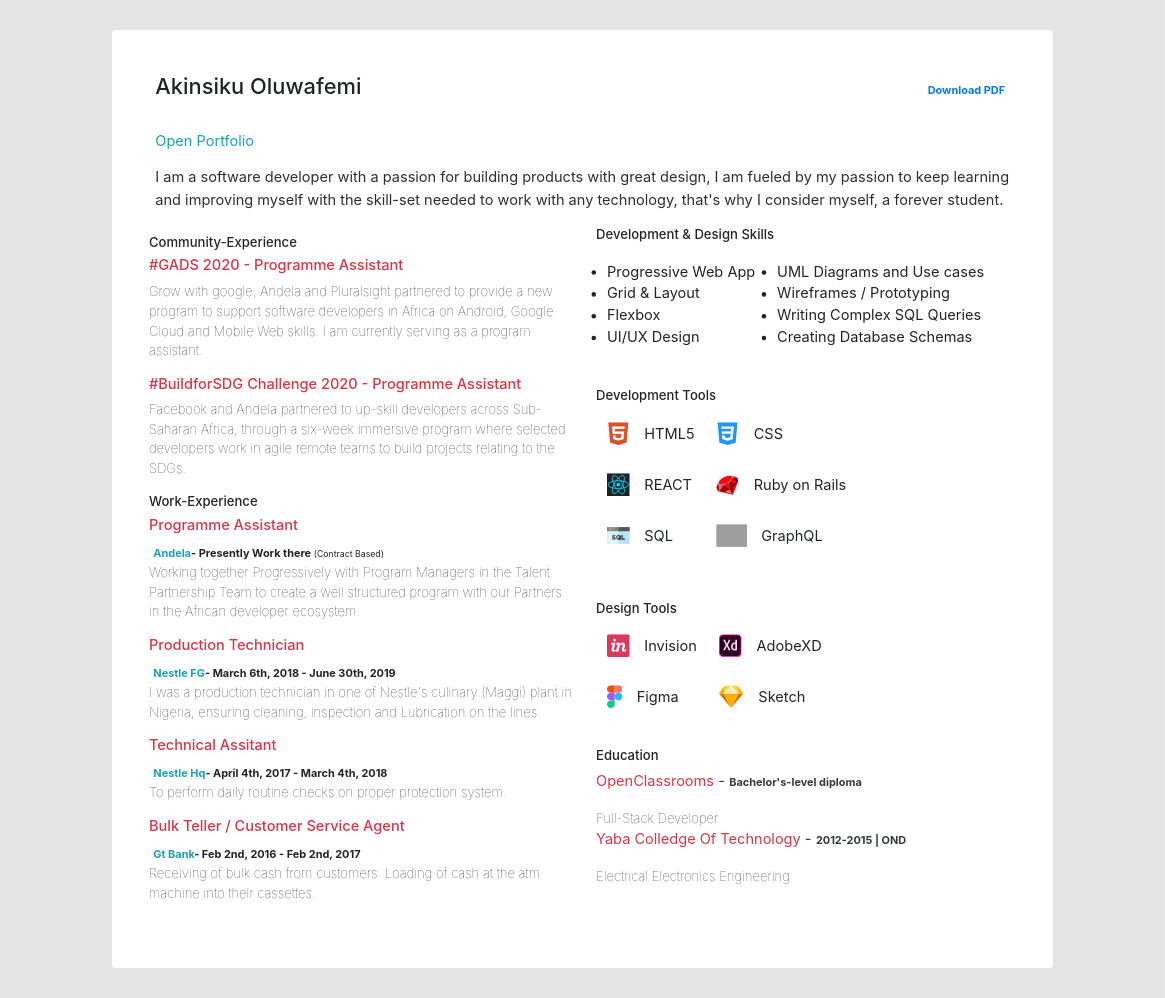
Repository: akinsikuoluwafemi/resume
Page: index.html
The author's editor kept a copy of each file at every save. The page is drawn from the files as they stood at one save, then again after the next save.
The browser window is 1280 px wide. The pictures show the whole page, at 91% of full size.
Pictures or frames that could not be fetched are drawn as grey boxes. The style sheet was rebuilt from its Sass, Less or Tailwind sources for each picture, by a compiler version that may differ from the author's.

Above is the page before, as saved 2020-08-26 19:50:30.

### index.html
<!DOCTYPE html>
<html lang="en">

<head>
    <meta charset="UTF-8">
    <meta name="viewport" content="width=device-width, initial-scale=1.0">
    <meta http-equiv="X-UA-Compatible" content="ie=edge">
    <link rel="shortcut icon" type="image/png" href="./images/new-photo.png">

    <link rel="stylesheet" href="https://stackpath.bootstrapcdn.com/bootstrap/4.3.1/css/bootstrap.min.css" integrity="sha384-ggOyR0iXCbMQv3Xipma34MD+dH/1fQ784/j6cY/iJTQUOhcWr7x9JvoRxT2MZw1T"
        crossorigin="anonymous" />
    <link rel="stylesheet" href="./resume.css">

    <title>Akinsiku Oluwafemi - Software Developer</title>
</head>

<body>

   <div class="col-sm-12 col-lg-10 m-auto">
       <!--  -->
        <div class="p-c container border px-3 py-4 px-lg-5 py-lg-5 ">
            <header class="row">
                <div class="col d-flex align-items-center">
                    <h4 class="header__name mr-auto">Akinsiku Oluwafemi</h4>
                    <a href="./images/Femi_Akinsiku_resume.pdf" download="Femi_Akinsiku_resume.pdf" class="badge">Download PDF</a>
                </div>
            </header>
            <div class="row mt-4">
                <a href="https://femiakin.com/" target="_blank" class="col text-info">Open Portfolio</a>
            </div>

            <div class="row mt-3">
                <div class="col">
                    <p class="intro">I am a software developer with a passion for building products with great design, I am
                        fueled by my passion to keep learning and improving myself with the skill-set needed to work with
                        any
                        technology,
                        that's why I consider myself, a forever student.</p>
                </div>
            </div>


            <div class="row">

                <div class="col col-lg-6 p-2  ">
                    <div>
                        <h5 class="item__header">Community-Experience</h5>

                        <h6 class="item__job text-danger">#GADS 2020 - Programme Assistant </h6>
                        <p class="item__description">Grow with google, Andela and Pluralsight partnered to provide a new
                            program to support
                            software developers in Africa on Android, Google Cloud and Mobile Web skills. I am currently
                            serving as a
                            program assistant.</p>

                    </div>

                    <div>



                        <h6 class="item__job text-danger">#BuildforSDG Challenge 2020 - Programme Assistant </h6>


                        <p class="item__description">Facebook and Andela partnered to up-skill developers across
                            Sub-Saharan
                            Africa,
                            through a six-week immersive program where selected developers work in agile remote
                            teams to build projects relating to the SDGs.
                        </p>

                    </div>




                    <!-- here -->
                    <div>
                        <h5 class="item__header">Work-Experience</h5>
                        <h6 class="item__job text-danger">Programme Assistant</h6>
                        <span class="badge"><span class="text-info">Andela</span>- Presently Work there <small>(Contract Based)</small></span>
                        <p class="item__description">Working together Progressively with Program Managers in the Talent Partnership Team to create a well structured program with our Partners in the
                        African developer ecosystem.</p>

                    </div>
                    <div>
                        <h6 class="item__job text-danger">Production Technician</h6>
                        <span class="badge"><span class="text-info">Nestle FG</span>- March 6th, 2018 - June 30th, 2019 </span>
                        <p class="item__description">I was a production technician in one of Nestle's culinary (Maggi)
                            plant in
                            Nigeria,
                            ensuring cleaning, inspection and Lubrication on the lines.</p>

                    </div>
                    <div>
                        <h6 class="item__job text-danger">Technical Assitant</h6>
                        <span class="badge"><span class="text-info">Nestle Hq</span>- April 4th, 2017 - March 4th, 2018</span>
                        <p class="item__description">To perform daily routine checks on proper protection system.
                        </p>

                    </div>
                    <div>
                        <h6 class="item__job text-danger">Bulk Teller / Customer Service Agent</h6>
                        <span class="badge"><span class="text-info">Gt Bank</span>- Feb 2nd, 2016 - Feb 2nd, 2017 </span>
                        <p class="item__description">Receiving of bulk cash from customers.
                            Loading of cash at the atm machine into their cassettes.
                            </p>

                    </div>
                    <!-- here2 -->


                </div>
                <div class="col col-lg-6 ">

                    <div>
                        <h5 class="item__header ">Development & Design Skills</h5>
                        <div class="d-flex ">
                            <ul class="list__item">
                                <li>Progressive Web App</li>
                                <li>Grid & Layout</li>
                                <li>Flexbox</li>
                                <li>UI/UX Design</li>


                            </ul>
                            <ul class="list__item">
                                <li>UML Diagrams and Use cases</li>
                                <li>Wireframes / Prototyping</li>
                                <li>Writing Complex SQL Queries</li>
                                <li>Creating Database Schemas</li>



                            </ul>
                        </div>


                    </div>

                    <div class="item__container">
                        <h5 class="item__header">Development Tools</h5>
                        <div class="d-flex ">
                            <ul class="list__item">
                                <div class="d-flex  mb-3">
                                    <img src="./images/html5.svg" />
                                    <p class="ml-3">HTML5</p>
                                </div>
                                <div class="d-flex  mb-3">
                                    <img src="./images/react-1.svg" />
                                    <p class="ml-3">REACT</p>
                                </div>
                                <div class="d-flex ">
                                    <img src="./images/sql.svg" />
                                    <p class="ml-3">SQL</p>
                                </div>

                            </ul>
                            <ul class="list__item ">
                                <div class="d-flex  mb-3">
                                    <img src="./images/css-3.svg" />
                                    <p class="ml-3">CSS</p>
                                </div>
                                <div class="d-flex  mb-3">
                                    <img src="./images/ruby.svg" />
                                    <p class="ml-3">Ruby on Rails</p>
                                </div>
                                <div class="d-flex ">
                                    <img src="./images/graphql-icon.svg" />
                                    <p class="ml-3">GraphQL</p>
                                </div>


                            </ul>
                        </div>


                    </div>

                    <!-- here -->

                    <div class="item__contain">
                        <h5 class="item__header">Design Tools</h5>
                        <div class="d-flex ">
                            <ul class="list__item">
                                <div class="d-flex mb-3">
                                    <img src="./images/invision.svg" />
                                    <p class="ml-3">Invision</p>
                                </div>
                                <div class="d-flex ">
                                    <img src="./images/figma-1.svg" />
                                    <p class="ml-3">Figma</p>
                                </div>

                            </ul>
                            <ul class="list__item ">
                                <div class="d-flex  mb-3 ">
                                    <img src="./images/adobe-xd-1.svg" />
                                    <p class="ml-3">AdobeXD</p>
                                </div>
                                <div class="d-flex ">
                                    <img src="./images/sketch-2.svg" />
                                    <p class="ml-3">Sketch</p>
                                </div>


                            </ul>
                        </div>


                    </div>
                    <div class="edu">
                        <h5 class="item__header">Education</h5>
                        <p paragraph><a href="https://www.francecompetences.fr/recherche/rncp/27099/" class="text-danger text-info">OpenClassrooms
                            <span class="text-dark">-</span><span class="badge text-dark">Bachelor's-level diploma</span></a></p>

                        <span class="item__description "><a style="color: #212529" href="https://openclassrooms.com/en/paths/104-full-stack-developer">Full-Stack Developer</a></span>

                        <p class="text-danger paragraph pt-2">Yaba Colledge Of Technology <span class="text-dark">-</span><span class="badge text-dark">2012-2015
                                | OND</span></p>
                        <span class="item__description ">Electrical Electronics Engineering</span>


                    </div>



                </div>

            </div>


        </div>

        <!--  -->
   </div>










    <script src="https://code.jquery.com/jquery-3.3.1.slim.min.js" integrity="sha384-q8i/X+965DzO0rT7abK41JStQIAqVgRVzpbzo5smXKp4YfRvH+8abtTE1Pi6jizo"
        crossorigin="anonymous"></script>
    <script src="https://cdnjs.cloudflare.com/ajax/libs/popper.js/1.14.7/umd/popper.min.js" integrity="sha384-UO2eT0CpHqdSJQ6hJty5KVphtPhzWj9WO1clHTMGa3JDZwrnQq4sF86dIHNDz0W1"
        crossorigin="anonymous"></script>
    <script src="https://stackpath.bootstrapcdn.com/bootstrap/4.3.1/js/bootstrap.min.js" integrity="sha384-JjSmVgyd0p3pXB1rRibZUAYoIIy6OrQ6VrjIEaFf/nJGzIxFDsf4x0xIM+B07jRM"
        crossorigin="anonymous"></script>
</body>

</html>

### resume.scss


body {
    background-color: #E5E5E5;

    -webkit-font-smoothing: antialiased;
  -moz-osx-font-smoothing: grayscale;
}

.container {
    margin: 2rem auto;
    background-color: white;
    border-radius: .3rem;
}

.intro {
    font-size: 1rem;
    color: rgba(0,0,0,0.82);
    line-height: 1.6rem;
}


.text-info:hover{
    text-decoration: none;
}

img {
    height: 25px;
}



.item {

     &__contain {
        margin-bottom: 0rem;
        // background: red;
    }

    &__container {
        margin: 1rem 0!important;
    }

    &__dev {
         font-size: .9rem;
        margin-bottom: 1rem;
    }

    &__header {
        font-size: .9rem;
        margin-bottom: .5rem;
    }

    &__description {
        font-weight: 100;
        font-size: .9rem;
    }

}


.list__item {
    padding: 12px;
}

@media (max-width: 576px) {
    br {
        display: none;
    }
 }

 .paragraph {
   padding: 0!important;
 }

After the next save:
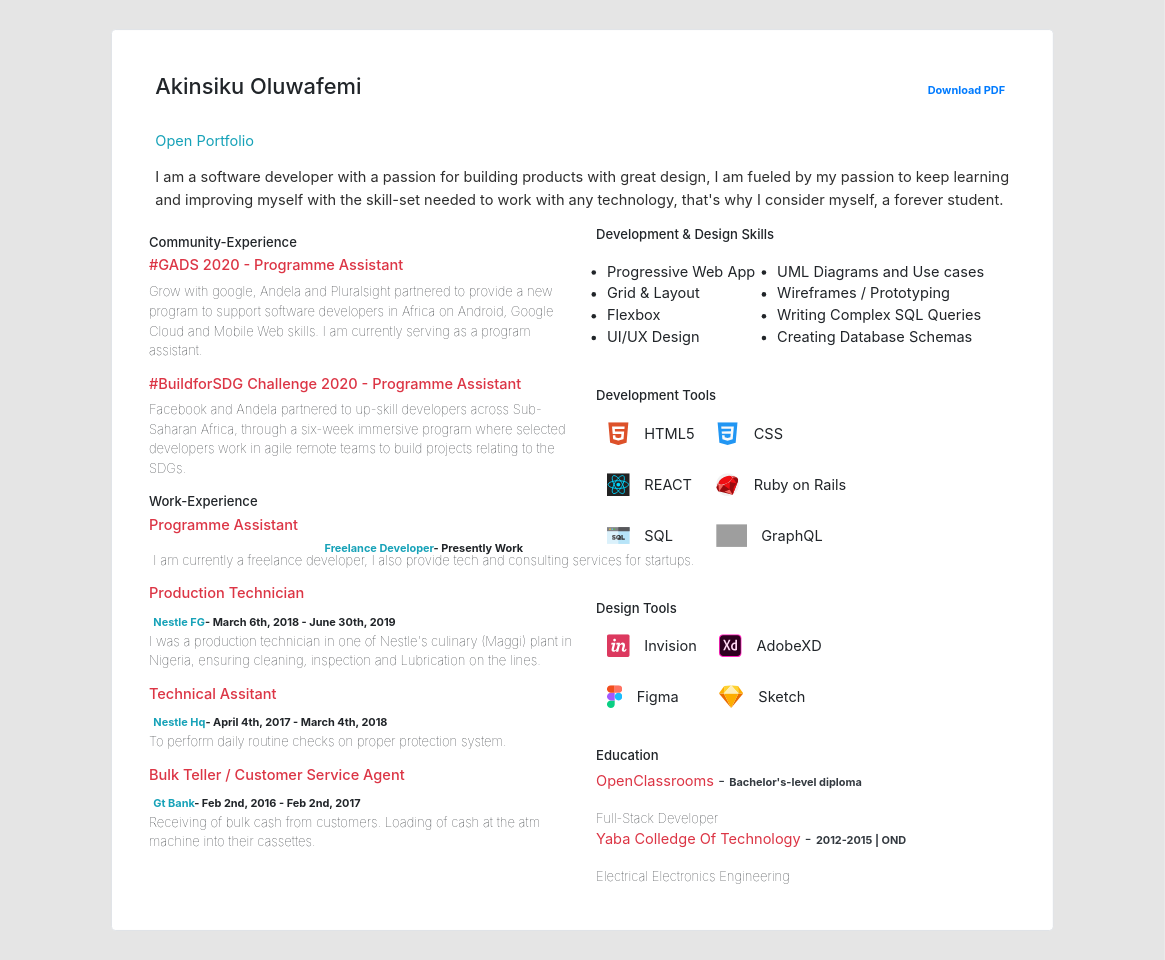
Saved 60 days later.
--- a/index.html
+++ b/index.html
@@ -78,9 +78,8 @@
                     <div>
                         <h5 class="item__header">Work-Experience</h5>
                         <h6 class="item__job text-danger">Programme Assistant</h6>
-                        <span class="badge"><span class="text-info">Andela</span>- Presently Work there <small>(Contract Based)</small></span>
-                        <p class="item__description">Working together Progressively with Program Managers in the Talent Partnership Team to create a well structured program with our Partners in the
-                        African developer ecosystem.</p>
+                        <span class="badge"><span class="text-info">Freelance Developer</span>- Presently Work
+                        <p class="item__description">I am currently a freelance developer, I also provide tech and consulting services for startups.</p>
 
                     </div>
                     <div>
